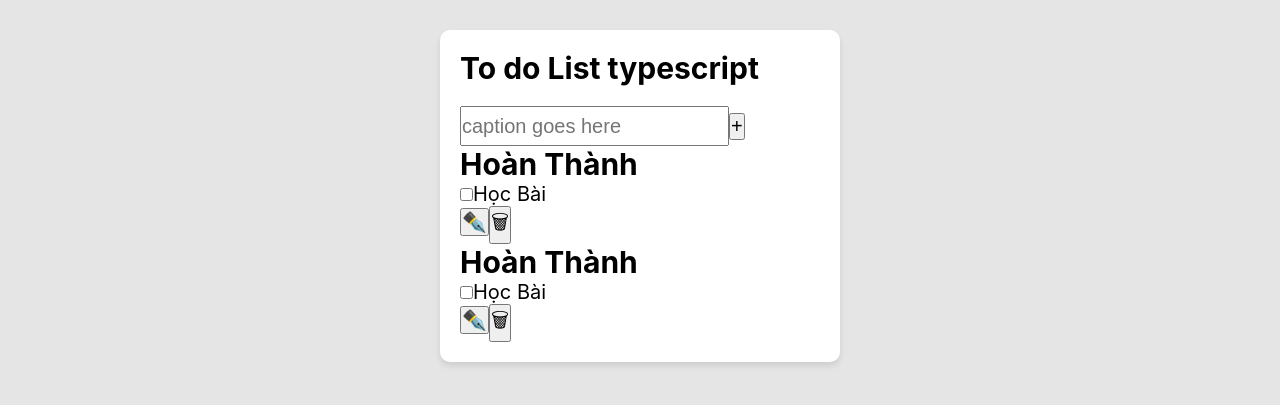
Repository: hungdomanh95/focus
Page: /
These files come from the project's save history. The page is drawn as it stood at one moment and after a run of saves; the edit follows.
The browser window is 1280 px wide. The pictures show the whole page.
The project was rebuilt for these pictures with package versions that can differ from the ones it lists, and the page was loaded fresh each time. Also part of the build but not shown: src/components/TaskList/taskList.module.scss.

Above is the page before, as saved 2023-04-06 23:31:14.

### src/index.css
*{
 margin:0;
 padding:0;
 box-sizing: border-box;
}
html{
  font-size: 10px;
  --font-size:2rem
}
body {
  margin: 0;
  font-size: var(--font-size);
  font-family: -apple-system, BlinkMacSystemFont, 'Segoe UI', 'Roboto', 'Oxygen',
    'Ubuntu', 'Cantarell', 'Fira Sans', 'Droid Sans', 'Helvetica Neue',
    sans-serif;
  -webkit-font-smoothing: antialiased;
  -moz-osx-font-smoothing: grayscale;
  background-color: #e5e5e5;
}
input, button{
  font-size: var(--font-size);
}
code {
  font-family: source-code-pro, Menlo, Monaco, Consolas, 'Courier New',
    monospace;
}

### src/App.tsx
import React, { useState } from "react";
import PushNotification from "./components/PushNotification";
import TodoList from "./components/TodoList";
function App() {

  return (
    <div className="App">
      {/* <PushNotification/> */}
      <TodoList/>
    </div>
  );
}

export default App;

### src/components/TodoList/index.ts
import TodoList from "./TodoList";

export default TodoList

### src/components/TodoList/TodoList.tsx
import React, { useState } from 'react'
import { Todo } from '../../@types/todo.type'
import TaskInput from '../TaskInput'
import TaskList from '../TaskList'
import styles from './todoList.module.scss'
function TodoList() {
  const [todos, setTodos] = useState<Todo[]>([])

  const doneTodos = todos.filter((todo) => todo.done)
  const notDoneTodos = todos.filter((todo) => !todo.done)

  const addTodo = (name: string) => {
    const todo: Todo = {
      name,
      done: false,
      id: new Date().toISOString()
    }
    setTodos((prev) => [...prev, todo])
  }

  const handleDoneTodo = (id: string, done: boolean) => {
    setTodos((prev) => {
      return prev.map((item) => {
        if (item.id === id) {
          return { ...item, done }
        }
        return item
      })
    })
  }
  console.log('todos: ', todos)

  return (
    <div className={styles.todoList}>
      <div className={styles.todoListContainer}>
        <TaskInput addTodo={addTodo} />
        <TaskList todos={notDoneTodos} handleDoneTodo={handleDoneTodo} />
        <TaskList doneTaskList todos={doneTodos} handleDoneTodo={handleDoneTodo} />
      </div>
    </div>
  )
}

export default TodoList

### src/components/TaskInput/index.ts
import TaskInput from "./TaskInput";

export default TaskInput

### src/components/TaskList/index.ts
import TaskList from "./TaskList";

export default TaskList

### src/components/TodoList/todoList.module.scss
.todoList{
  padding:3rem
}
.todoListContainer{
  background-color: #fff;
  max-width: 40rem;
  padding:2rem;
  margin-left: auto;
  margin-right: auto;
  border-radius: 1rem;
  box-shadow: 0px 4px 6px rgba(0,0,0,0.1);
}

### src/components/TaskInput/TaskInput.tsx
import React from 'react'
import styles from "./taskInput.module.scss"
function TaskInput() {
  return (
    <div>
      <h1 className={styles.title}>
        To do List typescript
      </h1>
      <form className={styles.form}>
        <input type="text" placeholder='caption goes here' />
        <button type="submit" >+</button>
      </form>
    </div>
  )
}

export default TaskInput

### src/components/TaskList/TaskList.tsx
import React from 'react'
import styles from './taskList.module.scss'
function TaskList() {
  return (
    <div>
      <h2 className='styles.title'>Hoàn Thành</h2>
      <div className={styles.tasks}>
        <div className={styles.task}>
          <input type='checkbox' />
          <span className={styles.taskName}>Học Bài</span>
          <div className={styles.taskAction}>
            <button className={styles.taskBtn}>✒️</button>
            <button className={styles.taskBtn}>🗑</button>
          </div>
        </div>
      </div>
    </div>
  )
}

export default TaskList

### src/components/TaskInput/taskInput.module.scss
.title{
  font-size: 3rem;
  margin-bottom: 2rem;
}
.form{
  display: flex;
  align-items: center;
  input{
    height: 4rem;
  }
}

Loaded but not shown: public/index.html (common file); src/index.tsx (common file); src/reportWebVitals.ts (common file)

After the next 2 saves:
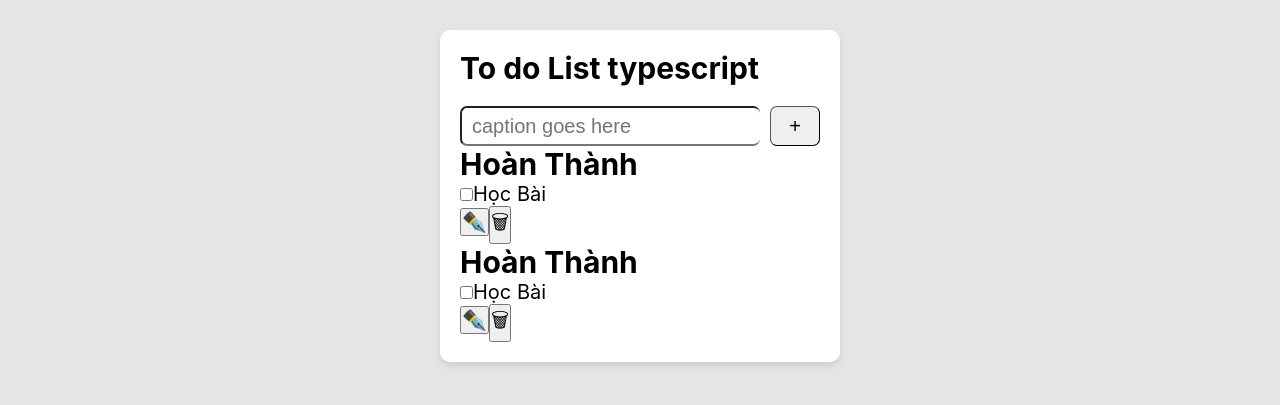
The 2 saves are shown as one change because they came seconds apart.
The last was saved 116 s later.
--- a/src/components/TaskInput/taskInput.module.scss
+++ b/src/components/TaskInput/taskInput.module.scss
@@ -1,11 +1,27 @@
-.title{
+.title {
   font-size: 3rem;
   margin-bottom: 2rem;
 }
-.form{
+.form {
   display: flex;
   align-items: center;
-  input{
+  input {
     height: 4rem;
+    flex-grow: 1;
+    margin-right: 1rem;
+    border-radius: 0.7rem;
+    padding: 0 1rem;
+    border-right: 1px;
+  }
+  button {
+    flex-shrink: 0;
+    width: 5rem;
+    height: 4rem;
+    border-radius: 0.7rem;
+    display: flex;
+    justify-content: center;
+    align-items: center;
+    padding: 0;
+    border-width: 1px;
   }
 }
